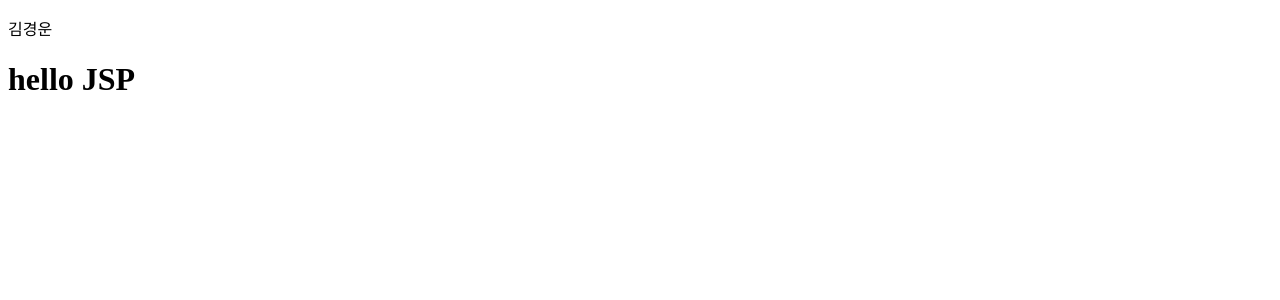
Repository: uni0415/JavaStudy_8452
Page: http://localhost/JspStudy_8452/HelloJsp.jsp
These files come from the project's save history. The page is drawn as it stood at one moment and after the next save; the edit follows.
The browser window is 1280 px wide. The pictures show the whole page.
The page is served by Tomcat 9. Nobody is signed in. The application's start-up code is not run. Other server files are loaded and not shown.

Above is the page before, as saved 2022-04-05 03:58:15.

### JspStudy_8452/src/main/webapp/HelloJsp.jsp
<%@ page language="java" contentType="text/html; charset=UTF-8"
    pageEncoding="UTF-8"%>

<%!
	private String name = "김경운";
	private String phone = "010-2623-8452";
	private String email = "rudd1242@naver.com";

	public void show() {
		System.out.println(name);
		System.out.println(phone);
		System.out.println(email);
	}
%>
<!DOCTYPE html>
<html>
<head>
<meta charset="UTF-8">
<title><%=name %></title>
</head>
<body>
	<% show(); %>
		<p><%=name %></p>

	<h1>hello JSP</h1>
</body>
</html>

After the next save:
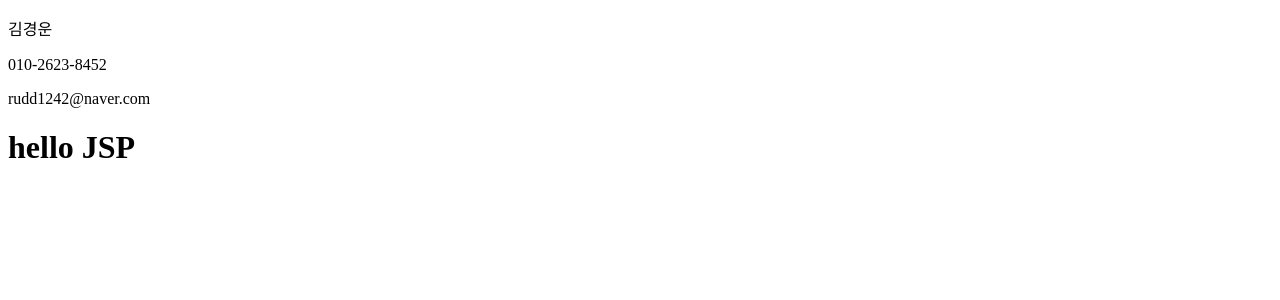
Saved 42 s later.
--- a/JspStudy_8452/src/main/webapp/HelloJsp.jsp
+++ b/JspStudy_8452/src/main/webapp/HelloJsp.jsp
@@ -21,6 +21,8 @@
 <body>
 	<% show(); %>
 		<p><%=name %></p>
+		<p><%=phone %></p>
+		<p><%=email %></p>
 
 	<h1>hello JSP</h1>
 </body>
